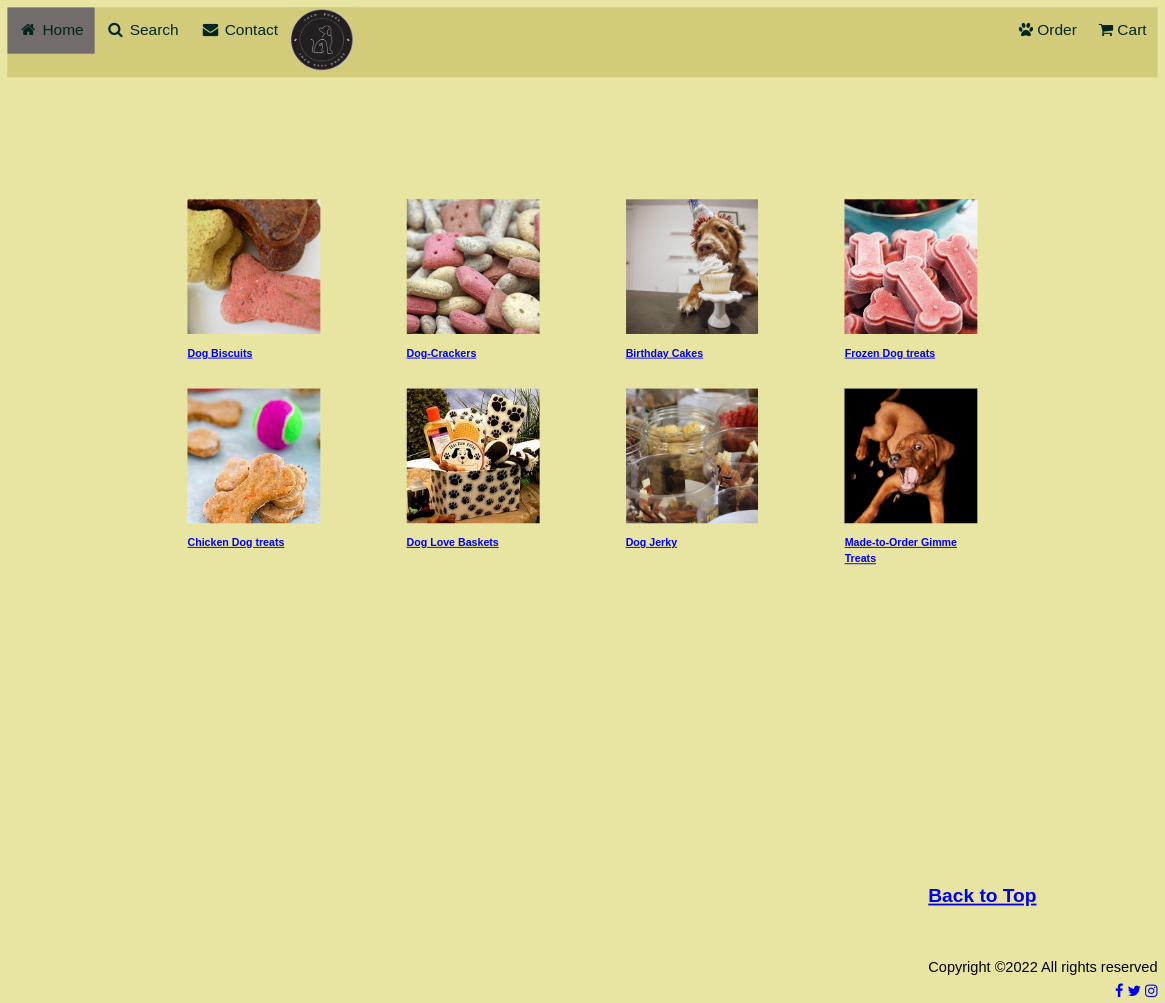
Repository: vgoins-RA2022/HTML-1
Page: index.html
These files come from the project's save history. The page is drawn as it stood at one moment and after the next save; the edit follows.
The browser window is 1280 px wide. The pictures show the whole page, at 91% of full size.

Above is the page before, as saved 2023-01-21 19:53:31.

### index.html
<!DOCTYPE html>
<html lang="en">

<head>
  <meta charset="UTF-8">
  <meta name="viewport" content="width=device-width, initial-scale=1">
  <link rel="stylesheet" href="https://cdnjs.cloudflare.com/ajax/libs/font-awesome/4.7.0/css/font-awesome.min.css">
  <link rel="stylesheet" href="../HTML-1/src/css/Style.css" type="text/css">
  <title>Simple HTML Assignment 1</title>
</head>

<header>
    <!-- setup top navigator bar. position logo, home and contact navators on the left-->
    <div class="navbar" float: left>
      <img src="src/img/them-bones-logo.png" alt="them-bones-logo" class="logo" >
      <a class="active" href="#"><i class="fa fa-fw fa-home"></i> Home</a>
      <a href="#"><i class="fa fa-fw fa-search"></i> Search</a>
      <a href="#"><i class="fa fa-fw fa-envelope"></i> Contact</a>
      <!-- position order and cart navigators on the right -->
    <div class="right"><a href="#"><i class="fa fa-paw" aria-hidden="true"></i> Order</a>
    <div class="right"><a href="#"><i class="fa fa-shopping-cart" aria-hidden="true"></i> Cart</a>
    </div>
  </header>

<body>
  <div class="container">
     <!-- set of store gallery of self-contained items enclosed in the figure tags  -->
    <div class="gallery">

      <figure class="gallery__item gallery__item--1">
            <img src="src/img/animal-dog- biscuits.jpg" alt="animal-dog-biscuits" class="gallery__img" >
              <h3 class= image-text>
                <h3><a href="#">Dog Biscuits</a></h3>
              </h3>
        </figure>
        <figure class="gallery__item gallery__item--2">
            <img src="src/img/animal-dog- crackers.jpg" alt="animal-dog-crackers" class="gallery__img">
                <h3 class= image-text>
                  <h3><a href="#">Dog-Crackers</a></h3>
                </h3>

        </figure>
        <figure class="gallery__item gallery__item--3">
            <img src="src/img/dog-happy-birthday.jpg" alt="dog-happy-birthday" class="gallery__img">
              <h3 class= image-text></h3>
                <h3><a href="#">Birthday Cakes</a></h3>
               </h3>
        </figure>
        <figure class="gallery__item gallery__item--4">
            <img src="src/img/frozen-dog-treats.jpg" alt="frozen-dog-treats" class="gallery__img">
              <h3 class= image-text>
                 <h3><a href="#">Frozen Dog treats</a></h3>
              </h3>
        </figure>
        <figure class="gallery__item gallery__item--5">
            <img src="src/img/chicken-dog-treat.jpg" alt="chicken-dog-treats" class="gallery__img">
              <h3 class= image-text>
                <h3><a href="#">Chicken Dog treats</a></h3>
              </h3>
        </figure>
        <figure class="gallery__item gallery__item--6">
            <img src="src/img/doggy-love-basket.jpg" alt="doggy-love-basket" class="gallery__img">
            <h3 class= image-text>
            <h3><a href="#">Dog Love Baskets</a></h3>
            </h3>
        </figure>
        <figure class="gallery__item gallery__item--7">
            <img src="src/img/Dog-jerkey.png" alt="dog-jerky" class="gallery__img">
            <h3 class= image-text>
              <a href="#">Dog Jerky</a></h3>
            </h3>
        </figure>
        <figure class="gallery__item gallery__item--8">
          <img src="src/img/gimme-dog treats.jpg" alt="gimme-dog-treats" class="gallery__img">
          <h3 class= image-text>
            <a href="#">Made-to-Order Gimme Treats</a>
          </h3>
        </figure>

      </div>
  </div>

  <a href="#" class="button">
    <div class="right"><span class="label"><h3>Back to Top</h3></span>
  </a>
</body>

<footer>
  <!-- <div> id="footer"</div>  footer id attribute -->

  <!-- setup navigator bar in the footer of copywright and social media icons -->

  <div class="navbar-footer">
    <div class="row">
      <div class="col-left">Copyright ©2022 All rights reserved</div>
      <div class="col-right">

        <a href="#"><i class="fa fa-facebook"></i></a>
        <a href="#"><i class="fa fa-twitter"></i></a>
        <a href="#"><i class="fa fa-instagram"></i></a>
      </div>
    </div>
  </div>

  </footer>
</html>

### src/css/Style.css

/* align navigation bar items */
.left-menu {
  grid-column: 1;
}
.right-menu {
  grid-column: -1;
}
/* format logo position, width and height */
.logo {
  grid-column: 3;
  grid-area: logo;
  place-self: center;
  width: 10vh;
  height: 10vh;
  justify-self: center;
  background-color:#d2cc7a;
}

/* style the navigation bar */
.navbar a {
float: left;
padding-top: 70px;
padding: 12px;
color: #02261d;
text-decoration: none;
font-size: 17px;
}
/* set the size of the images */
img {
  width: 400px;
  height: 80px;
}
/* change color of navigation item when cursor hovers */
.navbar a:hover {
background-color: #8e8c8c;
}
.active {
background-color: #736c6c;
}
.left {
  float: left;
}

.right {
  float: right;
 }

.navbar a {
    float: left;
    display: block;
}

.navbar {
    width: 100%;
    background-color: #d2cc7a;
    overflow: auto;
}

.logo img {
    display: inline-block;
    vertical-align: top;
    width: 50px;
    height: 50px;
    margin-right: 20px;
    margin-top: 15px;
}

html {
  box-sizing: border-box;
  font-size: 62.5%;
}

body {
  font-family: "Nunito", sans-serif;
  background-color: rgba(216, 212, 98, 0.585);
  font-weight: 300;
  line-height: 1.6;
}

.container {
  width: 75%;
  margin: 2rem auto;
}

.gallery {
  display: grid;
  grid-template-columns: repeat(8, 1fr);
  grid-template-rows: repeat(8, 5vw);
  grid-gap: 1.5rem;
  row-gap: 40px;
}

.gallery__img {
  width: 100%;
  height: 100%;
  object-fit: cover;
  display: block;
}

.image-txt {
  margin: 3%;
  position: absolute;
  top: 20px;
  left: 50px;
}
/* set length and position of store gallery items */
.gallery__item--1 {
  grid-column: 1 / span 2;
  grid-row: 2 / span 2;
}
.gallery__item--2 {
  grid-column: 3 / span 2;
  grid-row: 2 / span 2;
}
.gallery__item--3 {
  grid-column: 5 / span 2;
  grid-row: 2 / span 2;
}
.gallery__item--4 {
  grid-column: 7 / span 2;
  grid-row: 2 / span 2;
}
.gallery__item--5 {
  grid-column: 1 / span 2;
  grid-row: 4 / span 2;
}
.gallery__item--6 {
  grid-column: 3 / span 2;
  grid-row: 4 / span 2;
}
.gallery__item--7 {
  grid-column: 5 / span 2;
  grid-row: 4 / span 2;
}
.gallery__item--8 {
  grid-column: 7 / span 2;
  grid-row: 4 / span 2;
}
/* Style the button */
.button {
  outline: none;
  padding: 10px 16px;

  cursor: pointer;
  font-size: 18px;
}


.button:hover {
  background-color: #ddd;
}

.button.active {
  background-color: #666;
  color: white;
}

.navbar-footer {
  font-size: 16px;
  display: flex;
  justify-content: space-between;
}
.col-left {
  text-align: left;
}
.col-right {
  text-align: right;
}


.footer {
  background: #061D25;
  padding: 10px 0;
}
.footer a {
  color: #70726F;
  font-size: 20px;
  padding: 10px;
  border-right: 1px solid #70726F;
  transition: all .5s ease;
}
.flex-container {
  display: flex;
  background: #d2cc7a;
}

.copyright{
  text-align: center;
  padding-top: 24px;
  font-weight: 500;
  opacity: 0.8;
  font-size: 16px;
}
@media (max-width: 767px) {

    .h6{
      margin: 0 auto;
      text-align: center;
      margin-top: 10px;
      margin-bottom: 10px;
    }
    .ul{
      text-align: center;
    }
    .social{
        width: 100%;
        margin: 0 auto;
        font-size: "15px";
        text-align: center;
        padding: 40px;
        padding-bottom: 0px;
        border-top: 1px solid #eee;
        margin-top: 50px;
    }

  }

After the next save:
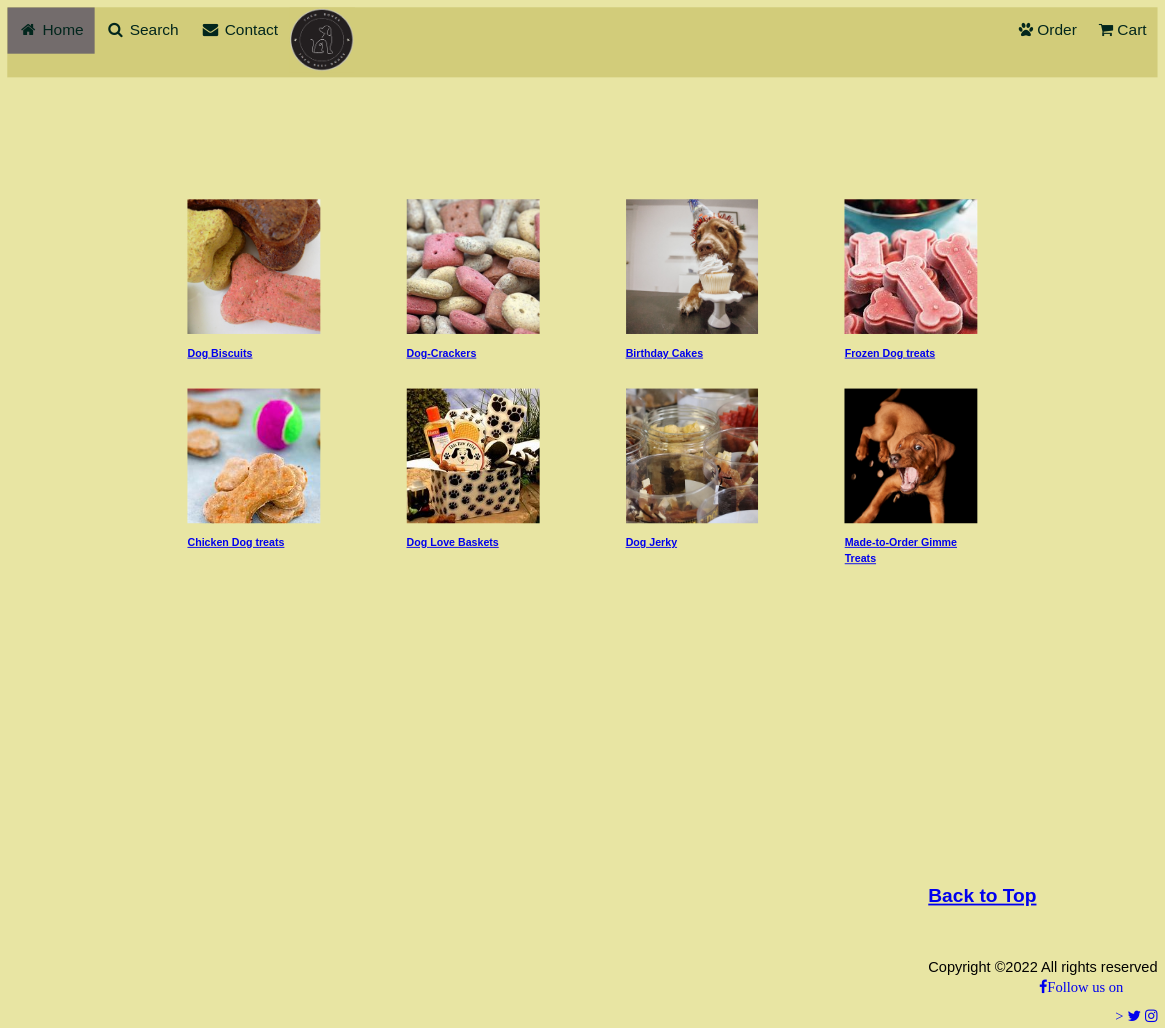
Saved 9 s later.
--- a/index.html
+++ b/index.html
@@ -95,7 +95,7 @@
       <div class="col-left">Copyright ©2022 All rights reserved</div>
       <div class="col-right">
 
-        <a href="#"><i class="fa fa-facebook"></i></a>
+        <a href="#"><i class="fa fa-facebook"<p>Follow us on</p>></i></a>
         <a href="#"><i class="fa fa-twitter"></i></a>
         <a href="#"><i class="fa fa-instagram"></i></a>
       </div>
